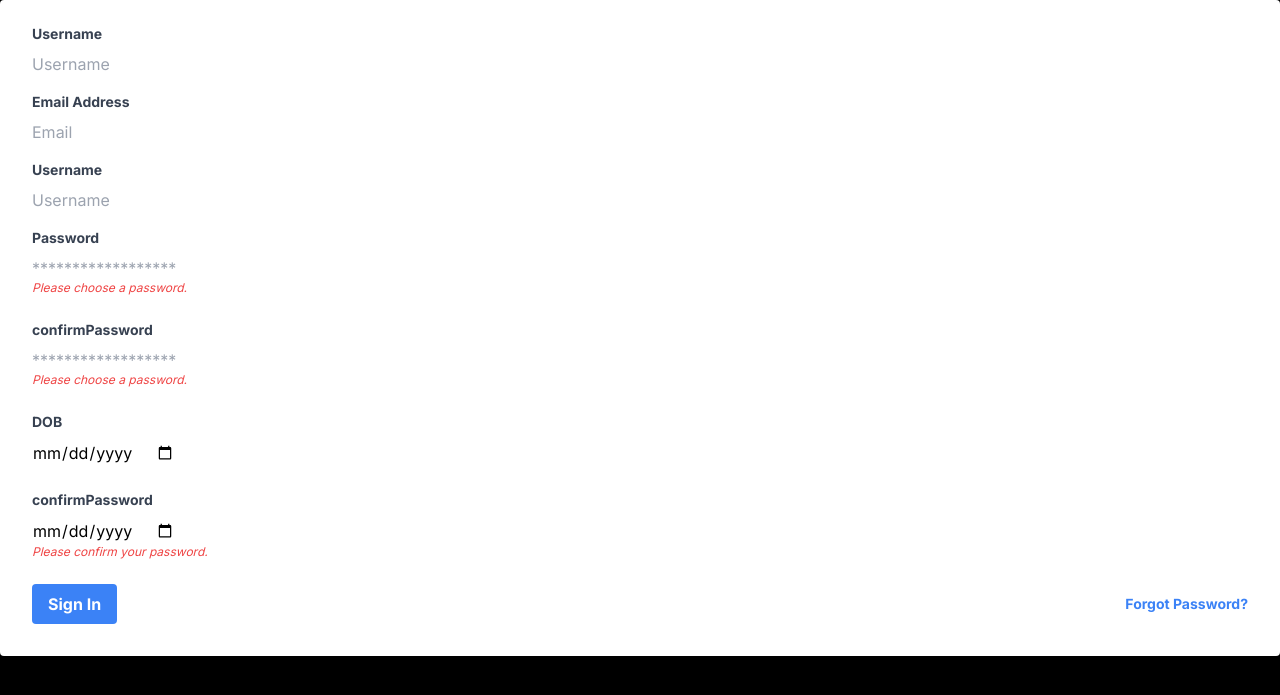
Repository: uh-sman/tiktok-card
Page: /
An editor plug-in stored every save of this project. The page is shown before and after the next save, followed by the edit.
The browser window is 1280 px wide. The pictures show the whole page.
The project was rebuilt for these pictures with package versions that can differ from the ones it lists, and the page was loaded fresh each time. The framework's server and built-in components were replaced by stand-ins that run in the browser. Also part of the build but not shown: next.config.js.

Above is the page before, as saved 2023-12-19 12:09:13.

### app/page.tsx
'use client'
import Input from "./components/Input";
import { FieldValues, SubmitHandler, useForm } from "react-hook-form";
export default function Home() {
  // const { register, handleSubmit, reset } = useForm<FieldValues>({
  //   defaultValues: {
  //     Username: "",
  //     email: '',
  //     password: '',
  //     confirmPassword: '',
  //     DateOfBirth: '',
  //     Bio: '',
  //     gender: '',
  //     termsAndConditions: ''
  //   }
  // })

  // const onSubmit: SubmitHandler<FieldValues> = () => {

  // }

  return (
    <div className="bg-black h-screen w-screen">
      {/* <div className="flex justify-center"> */}
      <div className="flex justify-center  w-full flex-col">
      <form className="bg-white shadow-md rounded px-8 pt-6 pb-8 mb-4">
    <div className="mb-4">
      <label className="block text-gray-700 text-sm font-bold mb-2" htmlFor="username">
        Username
      </label>
      <Input onChange={() => {}} className="shadow appearance-none border rounded w-full py-2 px-3 text-gray-700 leading-tight focus:outline-none focus:shadow-outline" id="username" type="text" placeholder="Username" />
    </div>
    <div className="mb-4">
      <label className="block text-gray-700 text-sm font-bold mb-2" htmlFor="username">
        Email Address
      </label>
      <Input onChange={() => {}} className="shadow appearance-none border rounded w-full py-2 px-3 text-gray-700 leading-tight focus:outline-none focus:shadow-outline" id="email" type="email" placeholder="Email" />
    </div>
    <div className="mb-4">
      <label className="block text-gray-700 text-sm font-bold mb-2" htmlFor="username">
        Username
      </label>
      <Input onChange={() => {}} className="shadow appearance-none border rounded w-full py-2 px-3 text-gray-700 leading-tight focus:outline-none focus:shadow-outline" id="username" type="text" placeholder="Username" />
    </div>
    <div className="mb-6">
      <label className="block text-gray-700 text-sm font-bold mb-2" htmlFor="password">
        Password
      </label>
      <Input onChange={() => {}} className="shadow appearance-none border border-red-500 rounded w-full py-2 px-3 text-gray-700 mb-3 leading-tight focus:outline-none focus:shadow-outline" id="password" type="password" placeholder="******************" />
      <p className="text-red-500 text-xs italic">Please choose a password.</p>
    </div>
    <div className="mb-6">
      <label className="block text-gray-700 text-sm font-bold mb-2" htmlFor="password">
        confirmPassword
      </label>
      <Input onChange={() => {}} className="shadow appearance-none border border-red-500 rounded w-full py-2 px-3 text-gray-700 mb-3 leading-tight focus:outline-none focus:shadow-outline" id="confirmPassword" type="password" placeholder="******************" />
      <p className="text-red-500 text-xs italic">Please choose a password.</p>
    </div>
    <div className="mb-6">
      <label className="block text-gray-700 text-sm font-bold mb-2" htmlFor="password">
        DOB
      </label>
      <Input onChange={() => {}} className="shadow appearance-none border border-red-500 rounded w-full py-2 px-3 text-gray-700 mb-3 leading-tight focus:outline-none focus:shadow-outline" id="DateOfBirth" type="date" placeholder="DOB" />
      {/* <p className="text-red-500 text-xs italic">Please confirm your password.</p> */}
    </div>
    <div className="mb-6">
      <label className="block text-gray-700 text-sm font-bold mb-2" htmlFor="password">
        confirmPassword
      </label>
      <Input onChange={() => {}} className="shadow appearance-none border border-red-500 rounded w-full py-2 px-3 text-gray-700 mb-3 leading-tight focus:outline-none focus:shadow-outline" id="DateOfBirth" type="date" placeholder="DOB" />
      <p className="text-red-500 text-xs italic">Please confirm your password.</p>
    </div>
    <div className="flex items-center justify-between">
      <button className="bg-blue-500 hover:bg-blue-700 text-white font-bold py-2 px-4 rounded focus:outline-none focus:shadow-outline" type="button">
        Sign In
      </button>
      <a className="inline-block align-baseline font-bold text-sm text-blue-500 hover:text-blue-800" href="#">
        Forgot Password?
      </a>
    </div>
  </form>

      </div>
      {/* </div> */}
    </div>
  );
}



{/* <form class="max-w-sm mx-auto">
  <div class="mb-5">
    <label for="email" class="block mb-2 text-sm font-medium text-gray-900 dark:text-white">Your email</label>
    <input type="email" id="email" class="bg-gray-50 border border-gray-300 text-gray-900 text-sm rounded-lg focus:ring-blue-500 focus:border-blue-500 block w-full p-2.5 dark:bg-gray-700 dark:border-gray-600 dark:placeholder-gray-400 dark:text-white dark:focus:ring-blue-500 dark:focus:border-blue-500" placeholder="name@flowbite.com" required>
  </div>
  <div class="mb-5">
    <label for="password" class="block mb-2 text-sm font-medium text-gray-900 dark:text-white">Your password</label>
    <input type="password" id="password" class="bg-gray-50 border border-gray-300 text-gray-900 text-sm rounded-lg focus:ring-blue-500 focus:border-blue-500 block w-full p-2.5 dark:bg-gray-700 dark:border-gray-600 dark:placeholder-gray-400 dark:text-white dark:focus:ring-blue-500 dark:focus:border-blue-500" required>
  </div>
  <div class="flex items-start mb-5">
    <div class="flex items-center h-5">
      <input id="remember" type="checkbox" value="" class="w-4 h-4 border border-gray-300 rounded bg-gray-50 focus:ring-3 focus:ring-blue-300 dark:bg-gray-700 dark:border-gray-600 dark:focus:ring-blue-600 dark:ring-offset-gray-800 dark:focus:ring-offset-gray-800" required>
    </div>
    <label for="remember" class="ms-2 text-sm font-medium text-gray-900 dark:text-gray-300">Remember me</label>
  </div>
  <button type="submit" class="text-white bg-blue-700 hover:bg-blue-800 focus:ring-4 focus:outline-none focus:ring-blue-300 font-medium rounded-lg text-sm w-full sm:w-auto px-5 py-2.5 text-center dark:bg-blue-600 dark:hover:bg-blue-700 dark:focus:ring-blue-800">Submit</button>
</form> */}

### app/components/Input.tsx

type InputType = "text" | "password" | "file" | "email" | 'date'

interface InputProps {
    id: string;
    className: string;
    placeholder: string;
    type: InputType;
    onChange: (value: string, file?: File ) => void;
}

const Input: React.FC<InputProps> = ({
    id,
    className,
    placeholder,
    type,
    onChange
}) => {
    const handleChange = (event: React.ChangeEvent<HTMLInputElement>) => {
        const { value, files } = event.target;
        if (type === 'file' && files) {
            onChange(value, files[0]);
        } else {
            onChange(value);
        }
    };

    return (
        <input
            id={id}
            className=''
            placeholder={placeholder}
            type={type}
            onChange={handleChange}
        />
    );
};


export default Input;

Loaded but not shown: app/layout.tsx (common file); app/globals.css (common file); tailwind.config.ts (common file)

After the next save:
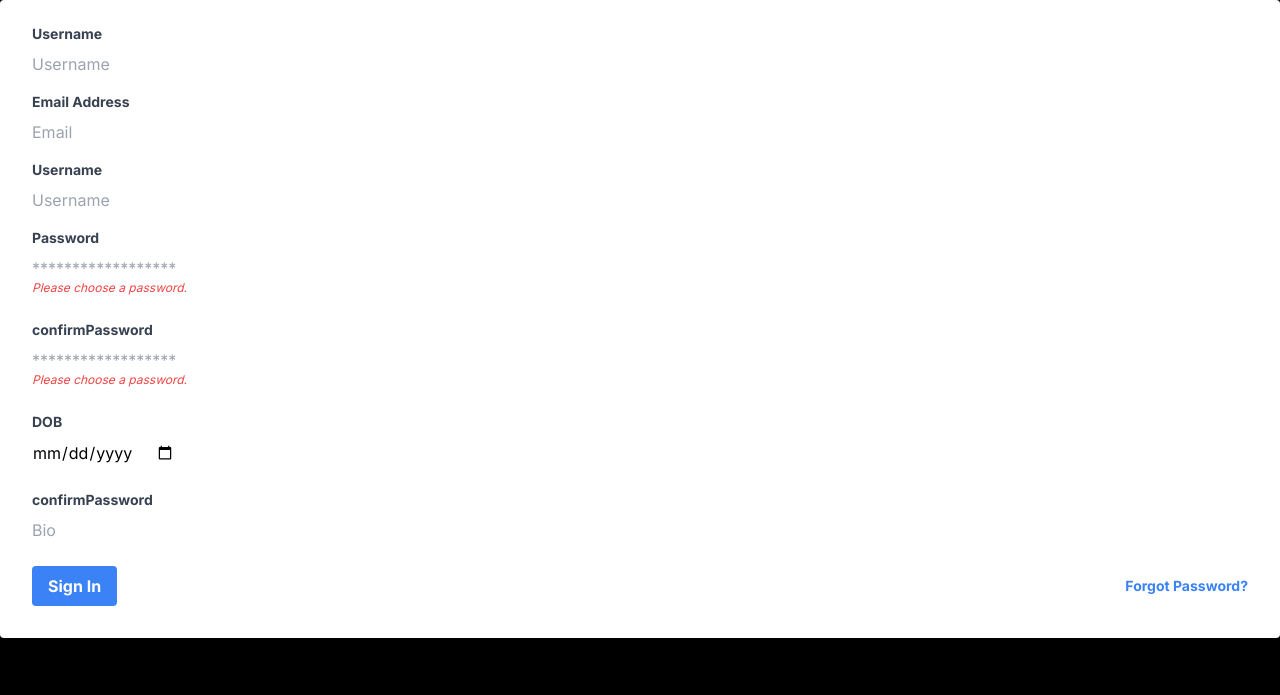
Saved 42 s later.
--- a/app/page.tsx
+++ b/app/page.tsx
@@ -67,8 +67,8 @@ export default function Home() {
       <label className="block text-gray-700 text-sm font-bold mb-2" htmlFor="password">
         confirmPassword
       </label>
-      <Input onChange={() => {}} className="shadow appearance-none border border-red-500 rounded w-full py-2 px-3 text-gray-700 mb-3 leading-tight focus:outline-none focus:shadow-outline" id="DateOfBirth" type="date" placeholder="DOB" />
-      <p className="text-red-500 text-xs italic">Please confirm your password.</p>
+      <Input onChange={() => {}} className="shadow appearance-none border border-red-500 rounded w-full py-2 px-3 text-gray-700 mb-3 leading-tight focus:outline-none focus:shadow-outline" id="Bio" type="text" placeholder="Bio" />
+      {/* <p className="text-red-500 text-xs italic">Please confirm your password.</p> */}
     </div>
     <div className="flex items-center justify-between">
       <button className="bg-blue-500 hover:bg-blue-700 text-white font-bold py-2 px-4 rounded focus:outline-none focus:shadow-outline" type="button">
